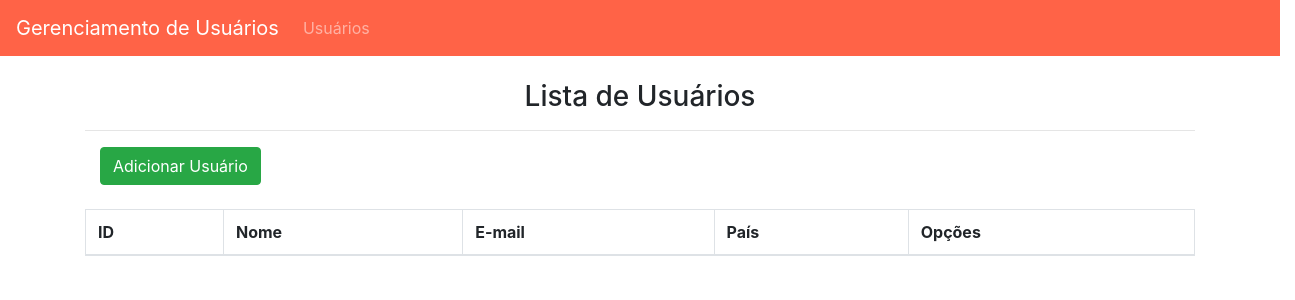
Repository: diegosena7/EstudosJSP
Page: http://localhost/CRUD/
An editor plug-in stored every save of this project. The page is shown before and after the next save, followed by the edit.
The browser window is 1280 px wide. The page is 1295 px wide, so the pictures cover 1295 px, including what lies to the right of the window. The pictures show the whole page.
The page is served by Tomcat 9. Queries for data that is not in the repository find no rows.

Above is the page before, as saved 2021-07-04 21:50:54.

After the next save:
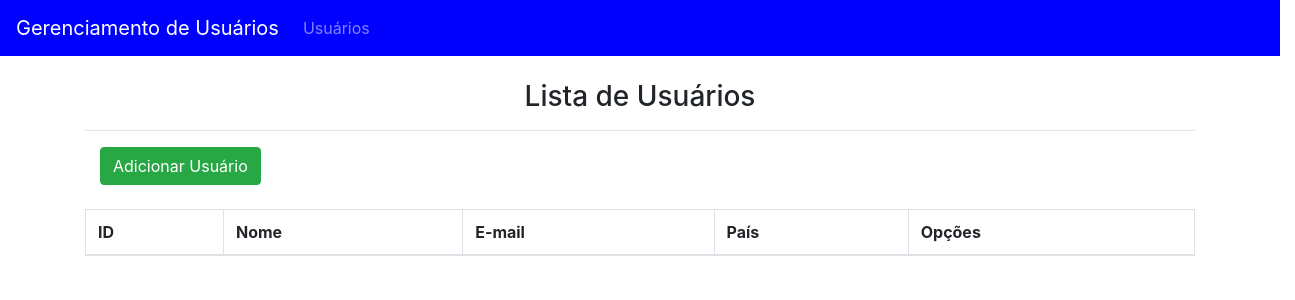
Saved 99 s later.
--- a/CRUD/WebContent/user-list.jsp
+++ b/CRUD/WebContent/user-list.jsp
@@ -13,7 +13,7 @@
 
 	<header>
 		<nav class="navbar navbar-expand-md navbar-dark"
-			style="background-color: tomato">
+			style="background-color: blue">
 			<div>
 				<a href="https://diegossena.com.br/" class="navbar-brand"> Gerenciamento de Usuários </a>
 			</div>
